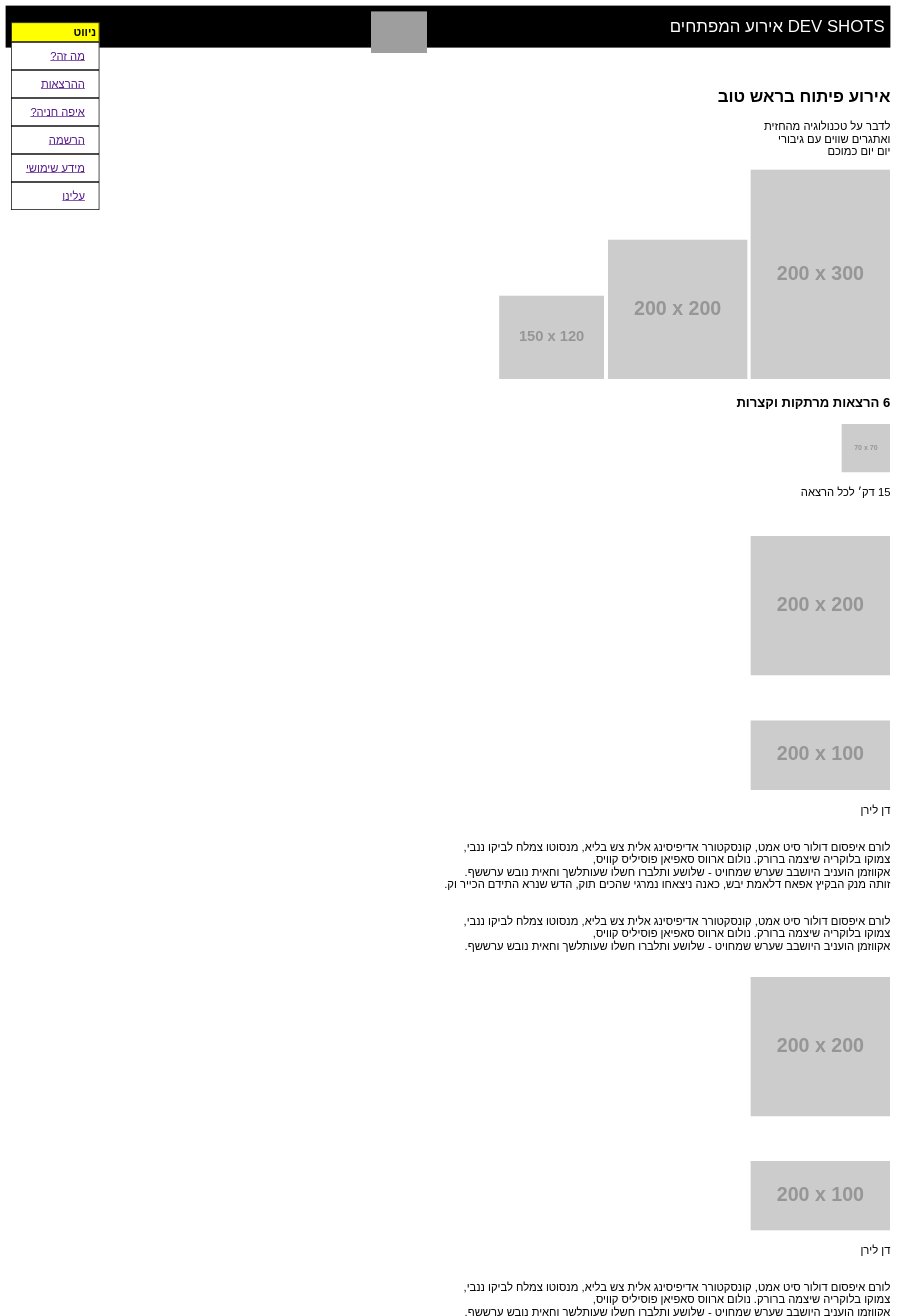
Repository: Julian-Escobar/DevShots
Page: index.html
The author's editor kept a copy of each file at every save. The page is drawn from the files as they stood at one save, then again after the next save.
The browser window is 1280 px wide. The page is 1280 px wide, then 1300 px, so the pictures cover 1300 px, including what lies to the right of the window. The pictures show the part of the page from y = 0 to 1880 px (the page is 7870 px tall before and 7854 px after), at 70% of full size.
Pictures or frames that could not be fetched are drawn as grey boxes.

Above is the page before, as saved 2018-08-25 17:46:32.

### index.html
<!DOCTYPE HTML>
<html>
  <head>
      <link rel="stylesheet" href="style.css">
        <style>

                body{
                    text-align: right;
                    direction: rtl;
                }
        </style>
  </head>
  <body>
      <!--header-->
       <header>
        <h2 class="title">   DEV SHOTS אירוע המפתחים  </h2>
       <div ><a ></a><img class="netcraftlogo" src="https://cdn.dribbble.com/users/277968/screenshots/1639449/netcraftdev_1x.png" alt="netcraft logo"></a> </div>
        <div class="dropdownnav"> <nav>
            <ul>
              <li><div class="navtitle"> <b>ניווט</b></li><li><a class="navlink" href=""> מה
                   זה? </a></li><li><a class="navlink" href=""> ההרצאות

                   </a></li><li><a class="navlink" href=""> איפה
                        חניה? </a></li><li><a class="navlink" href=""> הרשמה

                        </a></li><li><a class="navlink" href=""> מידע
                             שימושי </a></li><li><a class="navlink" href=""> עלינו </a></li>
                                  </ul>
        </nav> </div>
       </header>
       <br> <br>

       <!--section 1-->
       <section class="section1 conteiner" >
               <div> <h1 class="secondtitle">אירוע פיתוח בראש טוב</h1>
                     <p> לדבר על טכנולוגיה מהחזית <br>ואתגרים שווים עם גיבורי<br> יום יום כמוכם</p>
               </div>
          <a class="robot 1"href="https://placeholder.com"><img src="https://via.placeholder.com/200x300" alt="robot1 image"></a>
          <a class="robot 2"href="https://placeholder.com"><img src="https://via.placeholder.com/200x200" alt="robot2 image"></a>
          <a class="robot 3"href="https://placeholder.com"><img src="https://via.placeholder.com/150x120" alt="robot3 image"></a>
       </section>

              <!--section 2 lectures-->
        <section class="section2 conteiner">
                    <h3>6 הרצאות מרתקות וקצרות</h3>
                    <div class="lecture time"> <a class="clock icon"href="https://placeholder.com"><img src="https://via.placeholder.com/70x70"alt="clock icon"> </a>
                    <p>15 דק׳ לכל הרצאה</p></div>
                    <br>
                    <br>

                  <article class="lecture container">
                            <a class="prof picture"href="https://placeholder.com"><img src="https://via.placeholder.com/200x200" alt="lecturer photo"></a>
                             <h3 class="card title">חומריות בעולם הגידיטל</h3>
                             <a class="bubble image"href="https://placeholder.com"><img src="https://via.placeholder.com/200x100"alt="bubble image"></a>
                                <p class="prof name">דן לירן</p> </div>
                                <p class=><br>לורם איפסום דולור סיט אמט, קונסקטורר אדיפיסינג אלית צש בליא, מנסוטו צמלח לביקו ננבי,
                                        <br>צמוקו בלוקריה שיצמה ברורק. נולום ארווס סאפיאן פוסיליס קוויס,
                                        <br>אקווזמן הועניב היושבב שערש שמחויט - שלושע ותלברו חשלו שעותלשך וחאית נובש ערששף.
                                        <br> זותה מנק הבקיץ אפאח דלאמת יבש, כאנה ניצאחו נמרגי שהכים תוק, הדש שנרא התידם הכייר וק.</p>
                                    <p><br>לורם איפסום דולור סיט אמט, קונסקטורר אדיפיסינג אלית צש בליא, מנסוטו צמלח לביקו ננבי,
                                        <br> צמוקו בלוקריה שיצמה ברורק. נולום ארווס סאפיאן פוסיליס קוויס,
                                        <br>  אקווזמן הועניב היושבב שערש שמחויט - שלושע ותלברו חשלו שעותלשך וחאית נובש ערששף. </p>

                 </article>
                 <br>
                 <article class="lecture container">
                        <a class="prof picture"href="https://placeholder.com"><img src="https://via.placeholder.com/200x200"alt="lecturer photo"></a>
                         <h3 class="card title">חומריות בעולם הגידיטל</h3>
                         <a class="bubble image"href="https://placeholder.com"><img src="https://via.placeholder.com/200x100"alt="bubble image"></a>
                            <p class="prof name">דן לירן</p> </div>
                            <p class=><br>לורם איפסום דולור סיט אמט, קונסקטורר אדיפיסינג אלית צש בליא, מנסוטו צמלח לביקו ננבי,
                                    <br>צמוקו בלוקריה שיצמה ברורק. נולום ארווס סאפיאן פוסיליס קוויס,
                                    <br>אקווזמן הועניב היושבב שערש שמחויט - שלושע ותלברו חשלו שעותלשך וחאית נובש ערששף.
                                    <br> זותה מנק הבקיץ אפאח דלאמת יבש, כאנה ניצאחו נמרגי שהכים תוק, הדש שנרא התידם הכייר וק.</p>
                                <p><br>לורם איפסום דולור סיט אמט, קונסקטורר אדיפיסינג אלית צש בליא, מנסוטו צמלח לביקו ננבי,
                                    <br> צמוקו בלוקריה שיצמה ברורק. נולום ארווס סאפיאן פוסיליס קוויס,
                                    <br>  אקווזמן הועניב היושבב שערש שמחויט - שלושע ותלברו חשלו שעותלשך וחאית נובש ערששף. </p>

             </article>

             <br>
             <article class="lecture container">
                    <a class="prof picture"href="https://placeholder.com"><img src="https://via.placeholder.com/200x200"alt="lecturer photo"></a>
                    <h3 class="card title">חומריות בעולם הגידיטל</h3>
                     <a class="bubble image"href="https://placeholder.com"><img src="https://via.placeholder.com/200x100"alt="bubble image"></a>
                        <p class="prof name">דן לירן</p> </div>
                        <p class=><br>לורם איפסום דולור סיט אמט, קונסקטורר אדיפיסינג אלית צש בליא, מנסוטו צמלח לביקו ננבי,
                                <br>צמוקו בלוקריה שיצמה ברורק. נולום ארווס סאפיאן פוסיליס קוויס,
                                <br>אקווזמן הועניב היושבב שערש שמחויט - שלושע ותלברו חשלו שעותלשך וחאית נובש ערששף.
                                <br> זותה מנק הבקיץ אפאח דלאמת יבש, כאנה ניצאחו נמרגי שהכים תוק, הדש שנרא התידם הכייר וק.</p>
                            <p><br>לורם איפסום דולור סיט אמט, קונסקטורר אדיפיסינג אלית צש בליא, מנסוטו צמלח לביקו ננבי,
                                <br> צמוקו בלוקריה שיצמה ברורק. נולום ארווס סאפיאן פוסיליס קוויס,
                                <br>  אקווזמן הועניב היושבב שערש שמחויט - שלושע ותלברו חשלו שעותלשך וחאית נובש ערששף. </p>

         </article>
         <br>

         <article class="lecture container">
                <a class="prof picture"href="https://placeholder.com"><img src="https://via.placeholder.com/200x200"alt="lecturer photo"></a>
                <h3 class="card title">חומריות בעולם הגידיטל</h3>
                <a class="bubble image"href="https://placeholder.com"><img src="https://via.placeholder.com/200x100"alt="bubble image"></a>
                    <p class="prof name">דן לירן</p> </div>
                    <p class=><br>לורם איפסום דולור סיט אמט, קונסקטורר אדיפיסינג אלית צש בליא, מנסוטו צמלח לביקו ננבי,
                            <br>צמוקו בלוקריה שיצמה ברורק. נולום ארווס סאפיאן פוסיליס קוויס,
                            <br>אקווזמן הועניב היושבב שערש שמחויט - שלושע ותלברו חשלו שעותלשך וחאית נובש ערששף.
                            <br> זותה מנק הבקיץ אפאח דלאמת יבש, כאנה ניצאחו נמרגי שהכים תוק, הדש שנרא התידם הכייר וק.</p>
                        <p><br>לורם איפסום דולור סיט אמט, קונסקטורר אדיפיסינג אלית צש בליא, מנסוטו צמלח לביקו ננבי,
                            <br> צמוקו בלוקריה שיצמה ברורק. נולום ארווס סאפיאן פוסיליס קוויס,
                            <br>  אקווזמן הועניב היושבב שערש שמחויט - שלושע ותלברו חשלו שעותלשך וחאית נובש ערששף. </p>

     </article>
     <br>

     <article class="lecture container">
            <a class="prof picture"href="https://placeholder.com"><img src="https://via.placeholder.com/200x200"alt="lecturer photo"></a>
             <h3 class="card title">חומריות בעולם הגידיטל</h3>
             <a class="bubble image"href="https://placeholder.com"><img src="https://via.placeholder.com/200x100"alt="bubble image"></a>
                <p class="prof name">דן לירן</p> </div>
                <p class=><br>לורם איפסום דולור סיט אמט, קונסקטורר אדיפיסינג אלית צש בליא, מנסוטו צמלח לביקו ננבי,
                        <br>צמוקו בלוקריה שיצמה ברורק. נולום ארווס סאפיאן פוסיליס קוויס,
                        <br>אקווזמן הועניב היושבב שערש שמחויט - שלושע ותלברו חשלו שעותלשך וחאית נובש ערששף.
                        <br> זותה מנק הבקיץ אפאח דלאמת יבש, כאנה ניצאחו נמרגי שהכים תוק, הדש שנרא התידם הכייר וק.</p>
                    <p><br>לורם איפסום דולור סיט אמט, קונסקטורר אדיפיסינג אלית צש בליא, מנסוטו צמלח לביקו ננבי,
                        <br> צמוקו בלוקריה שיצמה ברורק. נולום ארווס סאפיאן פוסיליס קוויס,
                        <br>  אקווזמן הועניב היושבב שערש שמחויט - שלושע ותלברו חשלו שעותלשך וחאית נובש ערששף. </p>

 </article>

 <br>
 <article class="lecture container">
        <a class="prof picture"href="https://placeholder.com"><img src="https://via.placeholder.com/200x200"alt="lecturer photo"></a>
         <h3 class="card title">חומריות בעולם הגידיטל</h3>
         <a class="bubble image"href="https://placeholder.com"><img src="https://via.placeholder.com/200x100"alt="bubble image"></a>
            <p class="prof name">דן לירן</p> </div>
            <p class=><br>לורם איפסום דולור סיט אמט, קונסקטורר אדיפיסינג אלית צש בליא, מנסוטו צמלח לביקו ננבי,
                    <br>צמוקו בלוקריה שיצמה ברורק. נולום ארווס סאפיאן פוסיליס קוויס,
                    <br>אקווזמן הועניב היושבב שערש שמחויט - שלושע ותלברו חשלו שעותלשך וחאית נובש ערששף.
                    <br> זותה מנק הבקיץ אפאח דלאמת יבש, כאנה ניצאחו נמרגי שהכים תוק, הדש שנרא התידם הכייר וק.</p>
                <p><br>לורם איפסום דולור סיט אמט, קונסקטורר אדיפיסינג אלית צש בליא, מנסוטו צמלח לביקו ננבי,
                    <br> צמוקו בלוקריה שיצמה ברורק. נולום ארווס סאפיאן פוסיליס קוויס,
                    <br>  אקווזמן הועניב היושבב שערש שמחויט - שלושע ותלברו חשלו שעותלשך וחאית נובש ערששף. </p>
</article>
<div> <a class="robot4"> <img src="https://via.placeholder.com/70x70"alt="robot4 image"> </a></div>
</section>


<!--section 3 directions-->

<section>
    <article>
    <h4> אז איפה שמים את האוטו?</h4>
    <p>ועוד כמה פרטים חשובים...</p>
    <p> הערב יערך במועדון הסבל</p>
    <address> דרך שלומו 53, תל אביב</address>
 <div class="buses container">
       <hr class=line1>
       <p>מתכנסים בשעה</p>
       <p><big> 18:30 </big></p>
       <hr class=line1>
       <dl>
            <dt>חניה</dt>
              <hr class=line1>
              <dd>1. חניון אלי פלט</dd>
              <dd>2. רחוב אלפסי</dd>
              <dd>3. רחוב חיים בן אתר</dd>
       </dl>
 </div>

 <div class="buses container">
                <hr class=line1>
                <p>מתחילים בשעה:</p>
                <p><big> 19:00 </big></p>
                <hr class=line1>
                <dl>

                     <dt>אוטובוסים</dt>
                       <hr class=line1>
                       <dd>1. רכבת מרכז - 142,42</dd>
                       <dd>2. תחנה מרכזית - 163, 201, 96</dd>
                </dl>
 </div>
 <div class="map">
        <a class="map"> <img src="https://via.placeholder.com/400x400" alt="map image"> </a></div>
        <a class="lupa"> <img src="https://via.placeholder.com/15x15" alt="lupa icon"> </a></div>
        <a href="url">למפה המלאה</a>
</div> </article> </section>
<br>

<!--section 4 contact-->
<h5> הרשמה </h5>
<p>הכניסה היא בחינם אבל מספר המקומות מצומצם.</p>
<p> הערב יערך במועדון הסבנשמח אם תרשמו רק אם אתם מתכוונים להגיע- כדי שלא נסרב למישהו אחר</p>
<hr class=line3>
<p>כל הפרטים אישיים ישארו חסומים ולא נעביא אותם לאף אחד</p>
<hr class=line3>
<br>
<br>

<form action="" method="post">
    <div>
        <label for="name">שם מלא</label>
        <input type="text" placeholder="פרטי וגם משפחה" id="name" name="user_name">
    </div>
    <div>
        <label for="position">תפקיד</label>
        <input  type="position" placeholder="מה אתם עושים ביום יום" id="position" name="user_position">
    </div>
    <div>
            <label for="organization">ארגון</label>
            <input  type="organization" placeholder="מי משלם לכם משכורת" id="organization" name="user_organization">
        </div>
    <div>
            <label for="phone">מספר טלפון</label>
            <input  type="phone" placeholder="או סלולרי, לנו זה לא איכפת" id="phone" name="user_phone">
        </div>
        <div>
                <label for="friends">יש חברים?</label>
                <input  type="friends" placeholder="יש מלא אבל אני בא לבד" id="friends" name="user_friends">
            </div>
            <button name="button">זהו שלח אותי</button>
    </form>
    <br>

<!--section 5 Useful information-->

<section>
    <h6><big>מידע שימושי</big></h6>

    <article> <div class="card2"> <a class="card2 image"> <img src="https://via.placeholder.com/100x100"alt="card image"></a><h3 class="car2 title">קונסקטורר אדיפיסינג אלית</h3>
        <p class="p card2">לורם איפסום דולור סיט אמט, קונסקטורר אדיפיסינג אלית נולום ארווס סאפיאן - פוסיליס קוויס, אקווזמן קולורס מונפרד אדנדום סילקוף, מרגשי ומרגשח</p>
    </div></article>

    <article> <div class="card2"> <a class="card2 image"> <img src="https://via.placeholder.com/100x100"alt="card image"></a><h3 class="car2 title">קונסקטורר אדיפיסינג אלית</h3>
        <p class="p card2">לורם איפסום דולור סיט אמט, קונסקטורר אדיפיסינג אלית נולום ארווס סאפיאן - פוסיליס קוויס, אקווזמן קולורס מונפרד אדנדום סילקוף, מרגשי ומרגשח</p>
    </div></article>

    <article> <div class="card2"> <a class="card2 image"> <img src="https://via.placeholder.com/100x100"alt="card image"></a><h3 class="car2 title">קונסקטורר אדיפיסינג אלית</h3>
        <p class="p card2">לורם איפסום דולור סיט אמט, קונסקטורר אדיפיסינג אלית נולום ארווס סאפיאן - פוסיליס קוויס, אקווזמן קולורס מונפרד אדנדום סילקוף, מרגשי ומרגשח</p>
    </div></article>

    <article> <div class="card2"> <a class="card2 image"> <img src="https://via.placeholder.com/100x100"alt="card image"></a><h3 class="car2 title">קונסקטורר אדיפיסינג אלית</h3>
        <p class="p card2">לורם איפסום דולור סיט אמט, קונסקטורר אדיפיסינג אלית נולום ארווס סאפיאן - פוסיליס קוויס, אקווזמן קולורס מונפרד אדנדום סילקוף, מרגשי ומרגשח</p>
    </div></article>

    <article> <div class="card2"> <a class="card2 image"> <img src="https://via.placeholder.com/100x100"alt="card image"></a><h3 class="car2 title">קונסקטורר אדיפיסינג אלית</h3>
        <p class="p card2">לורם איפסום דולור סיט אמט, קונסקטורר אדיפיסינג אלית נולום ארווס סאפיאן - פוסיליס קוויס, אקווזמן קולורס מונפרד אדנדום סילקוף, מרגשי ומרגשח</p>
    </div></article>

    <article> <div class="card2"> <a class="card2 image"> <img src="https://via.placeholder.com/100x100"alt="card image"></a><h3 class="car2 title">קונסקטורר אדיפיסינג אלית</h3>
        <p class="p card2">לורם איפסום דולור סיט אמט, קונסקטורר אדיפיסינג אלית נולום ארווס סאפיאן - פוסיליס קוויס, אקווזמן קולורס מונפרד אדנדום סילקוף, מרגשי ומרגשח</p>
    </div></article>

    <a class="bottom robot"> <img src="https://via.placeholder.com/200x100"></a>
</section>

<!--section 6 footer-->
<section>
    <div class="footer div"><H3 class="footer title"> קצת עלינו</H3></div>
            <sec> <div class="footer components"> <a class="netcraft logo"> <img src="https://via.placeholder.com/100x30"alt="net craft logo"></a> </div>
            <div class="footer components"><p><b><big> נטפרפט </big></b>ורם איפסום דולור סיט אמט, קונסקטורר אדיפיסינג אלית נולום ארווס סאפיאן - פוסיליס קוויס, אקווזמן קולורס מונפרד אדנדום סילקוף, מרגשי ומרגשח. עמחליף גולר מונפרר סוברט</p></div>
            <div class="footer components"> <a class="logo"> <img src="https://via.placeholder.com/30x30"></a> <p>לורם איפסום דולור סיט אמט</p> </div>
            <div class="footer components"> <a class="logo"> <img src="https://via.placeholder.com/30x30"></a> <p>לורם איפסום דולור סיט אמט</p> </div>
            <div class="footer components"> <a class="logo"> <img src="https://via.placeholder.com/30x30"></a> <p>לורם איפסום דולור סיט אמט</p> </div>
            <div class="footer components"> <a class="logo"> <img src="https://via.placeholder.com/30x30"></a> <p>לורם איפסום דולור סיט אמט</p> </div>

            <div class="footer detail"> <p> איפסום דולור סיט אמט | איפסום דולור סיט אמט | איפסום דולור סיט אמט | some info@here </p> <a class="logo netcraft small"> <img src="https://via.placeholder.com/30x12"alt="netcraft logo"></a>  </div></sec>
</section>

  </body>
</html>

### style.css
html {
    -moz-box-sizing: border-box;
    box-sizing: border-box;
}

ul {
    list-style: none;
  }

*,
*:before,
*:after {
    box-sizing: inherit;
}

@font-face {
    font-family: 'Rubik', sans-serif;
    src: url("hhttps://fonts.googleapis.com/css?family=Rubik" );
}

body{
    font-family: 'Rubik', sans-serif;
}
header{
    display: flex;
    padding: 8px;
    justify-content: space-between;
    align-content: center;
    background-color: black;
    height: 60px;
    }

.title {
    font-weight: 100;
    color: white;
    align-self: center;
}
.netcraftlogo {
    height:60px;
    align-self: center;

    }

    .navtitle {
        background-color: yellow;
        padding: 4px;
        border: 1px solid black
    }

    .navlink {
        background-color: white;
        padding: 4px;
        border: 1px solid black;
        align-self: right;
        display: block;
        position: relative;
        z-index: 100;
        margin-top: 0px;
        padding-top: 10px;
        padding-bottom: 10px;
        padding-left: 20px;
        padding-right: 20px;
   }

After the next save:
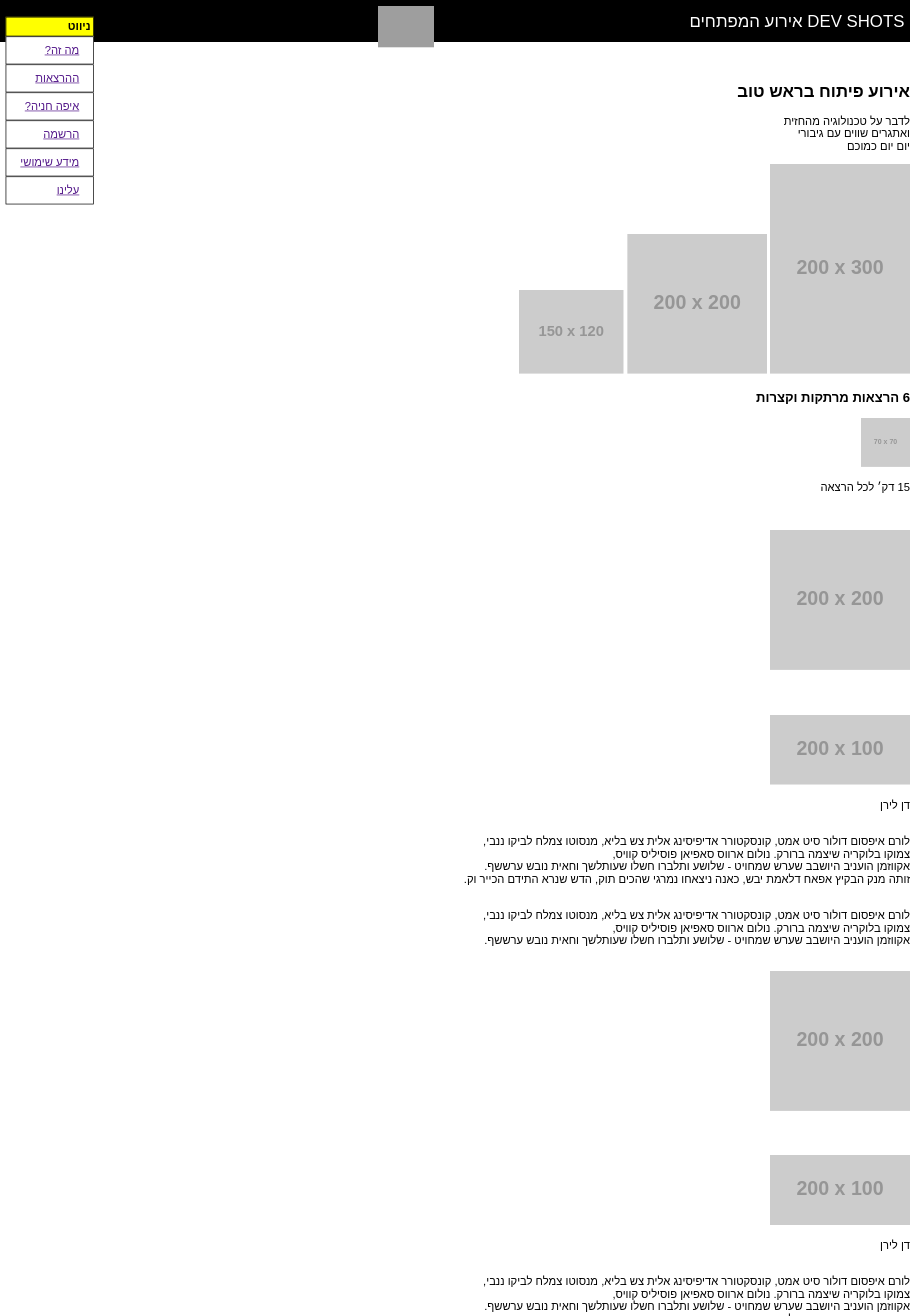
Saved 2 days later.
--- a/style.css
+++ b/style.css
@@ -20,6 +20,8 @@ ul {
 
 body{
     font-family: 'Rubik', sans-serif;
+    margin: 0 auto;
+    width: 1300px;
 }
 header{
     display: flex;
